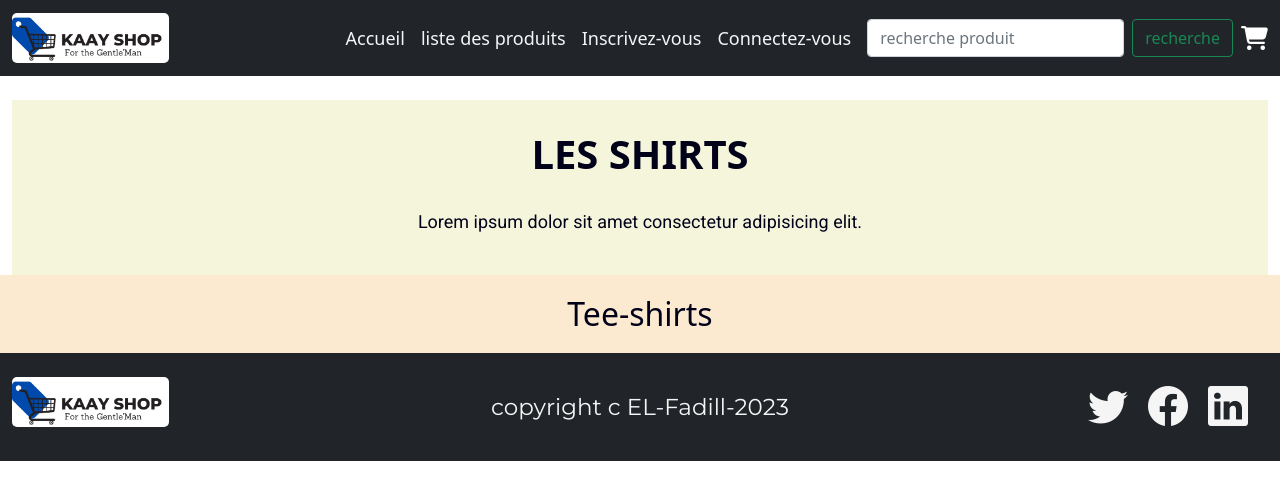
Repository: wadelfadill/Mini_projet_bootstrap_Site_vente_online
Page: list_product.html
These files come from the project's save history. The page is drawn as it stood at one moment and after the next save; the edit follows.
The browser window is 1280 px wide. The pictures show the whole page.
Some web libraries are served in a nearby version.

Above is the page before, as saved 2023-05-16 10:24:09.

After the next save:
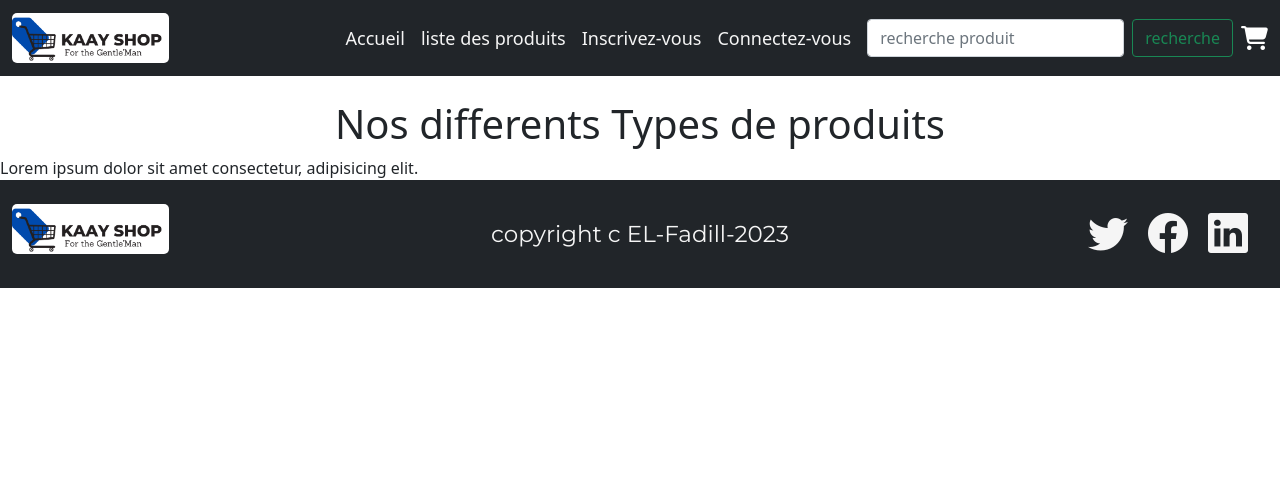
Saved 7 min 9 s later.
--- a/list_product.html
+++ b/list_product.html
@@ -62,7 +62,7 @@
     <!--==================================================-->
    <!-- ========== Start Main ========== -->
    <main id="main">
-        <section id="shirts">
+        <!-- <section id="shirts">
           <div class="container-fluid text-center">
             <div class="entete">
               <h1>LES SHIRTS</h1>
@@ -79,7 +79,33 @@
               <div class="col-md-3"></div>
             </div>
           </div>
-        </section>
+        </section> -->
+        <div id="list_banner">
+          <div id="carouselExampleInterval" class="carousel slide" data-bs-ride="carousel">
+            <div class="carousel-inner">
+              <div class="carousel-item active" data-bs-interval="10000">
+                <h1 class="text-center">Nos differents Types de produits</h1>
+                <span class="text-center">Lorem ipsum dolor sit amet consectetur, adipisicing elit.</span>
+              </div>
+              <div class="carousel-item" data-bs-interval="2000">
+                <h1 class="text-center">Nos differents Types de produits</h1>
+                <span class="text-center">Lorem ipsum dolor sit amet consectetur, adipisicing elit.</span>
+              </div>
+              <div class="carousel-item">
+                <h1 class="text-center">Nos differents Types de produits</h1>
+                <span class="text-center">Lorem ipsum dolor sit amet consectetur, adipisicing elit.</span>
+              </div>
+            </div>
+            <button class="carousel-control-prev" type="button" data-bs-target="#carouselExampleInterval" data-bs-slide="prev">
+              <span class="carousel-control-prev-icon" aria-hidden="true"></span>
+              <span class="visually-hidden">Previous</span>
+            </button>
+            <button class="carousel-control-next" type="button" data-bs-target="#carouselExampleInterval" data-bs-slide="next">
+              <span class="carousel-control-next-icon" aria-hidden="true"></span>
+              <span class="visually-hidden">Next</span>
+            </button>
+          </div>
+        </div>
    </main>
    <!-- ========== End Main ========== -->
    <!--========================================================-->
